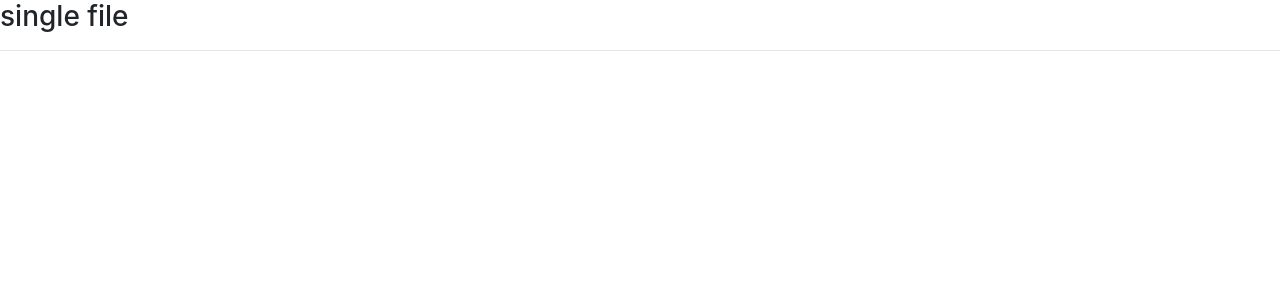
Repository: snowskyblue/SpringEx
Page: http://localhost/1210fileupdown/
These files come from the project's save history. The page is drawn as it stood at one moment and after the next save; the edit follows.
The browser window is 1280 px wide. The pictures show the whole page.
The page is served by Tomcat 9.

Above is the page before, as saved 2019-12-10 00:47:45.

After the next save:
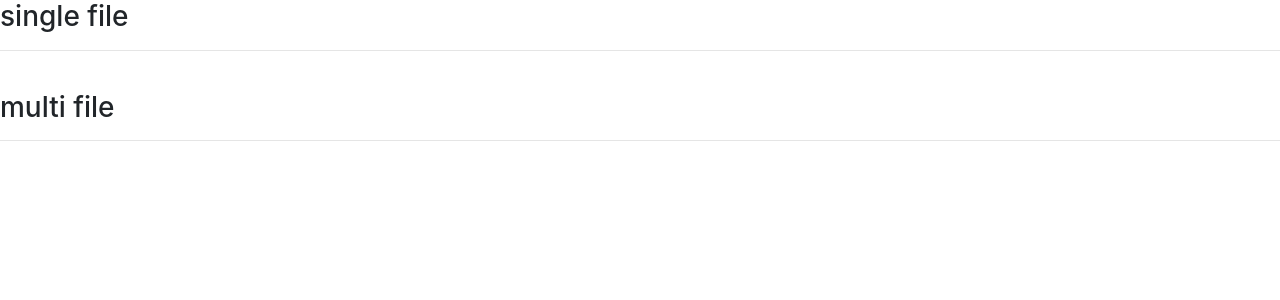
Saved 114 s later.
--- a/1210fileupdown/src/main/webapp/WEB-INF/views/fileUp.jsp
+++ b/1210fileupdown/src/main/webapp/WEB-INF/views/fileUp.jsp
@@ -23,7 +23,13 @@
 
 <h3>single file</h3>
 <hr/>
-<form id="singleForm">
+<form id="singleForm" action="requestupload1" method="post" enctype="multipart/form-data">
+
+</form>
+<br/>
+<h3>multi file</h3>
+<hr/>
+<form id="singleForm" action="requestupload1" method="post" enctype="multipart/form-data">
 
 </form>
 
